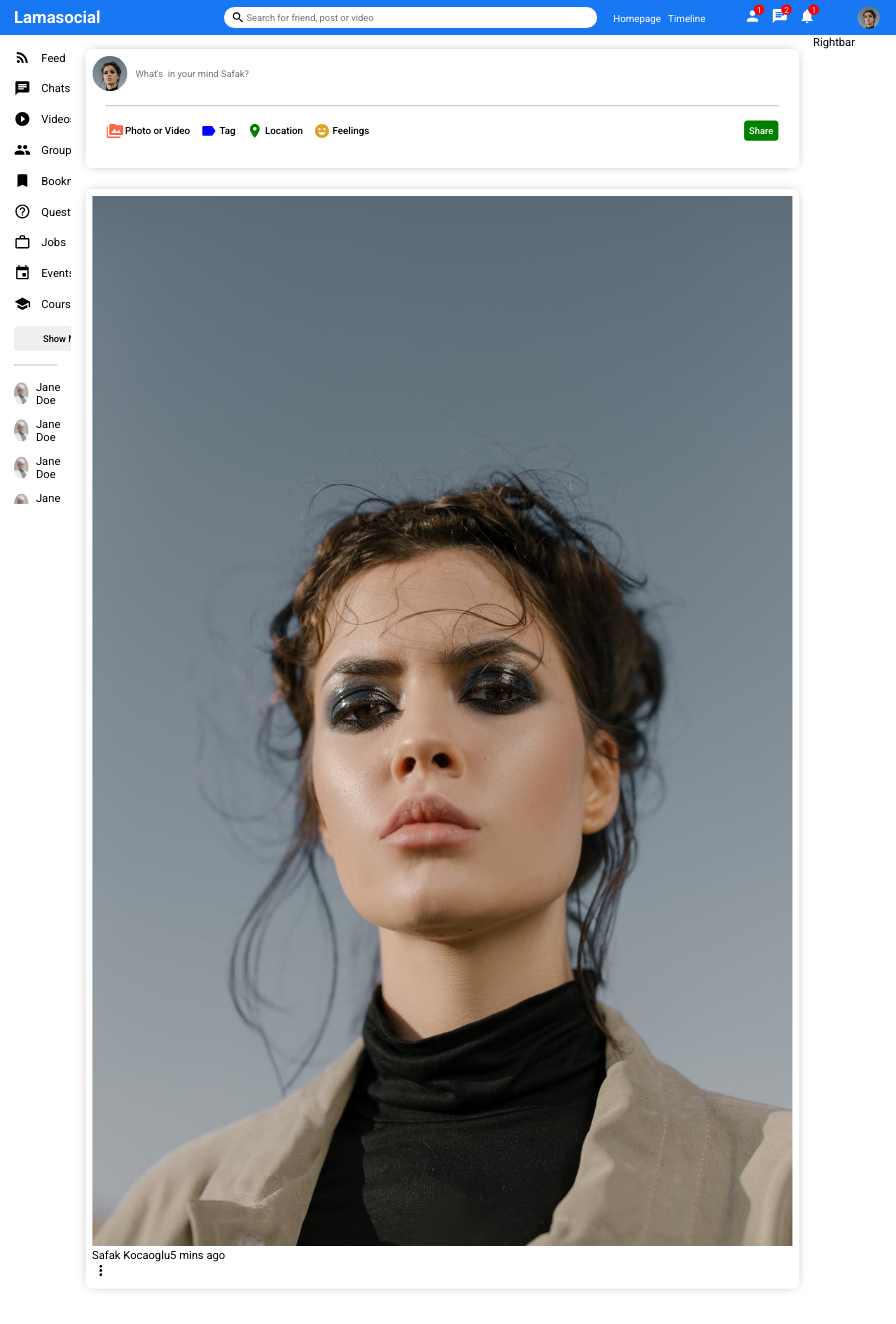
Repository: nazlinres01/react-social
Page: / (app in client/)
The author's editor kept a copy of each file at every save. The page is drawn from the files as they stood at one save, then again after the next save.
The browser window is 1280 px wide. The pictures show the whole page, at 70% of full size.
The project was rebuilt for these pictures with package versions that can differ from the ones it lists, and the page was loaded fresh each time.

Above is the page before, as saved 2024-06-12 15:13:02.

### client/public/index.html
<!DOCTYPE html>
<html lang="en">

<head>
  <meta charset="utf-8" />
  <meta name="viewport" content="width=device-width, initial-scale=1" />
  <meta name="description" content="Web site created using create-react-app" />
  <link
    href="https://fonts.googleapis.com/css2?family=Roboto:ital,wght@0,100;0,300;0,400;0,500;0,700;0,900;1,100;1,300;1,400;1,500;1,700;1,900&display=swap"
    rel="stylesheet">
    <link rel="stylesheet" href="style.css">
  <title>Social App</title>
</head>

<body>
  <noscript>You need to enable JavaScript to run this app.</noscript>
  <div id="root"></div>
</body>

</html>

### client/src/App.js
import Home from "./pages/home/Home";

function App() {
  return <Home />
}

export default App;

### client/src/pages/home/Home.jsx
import Feed from "../../components/feed/Feed";
import Rightbar from "../../components/rightbar/Rightbar";
import Sidebar from "../../components/sidebar/Sidebar";
import Topbar from "../../components/topbar/Topbar";
import "./home.css"

export default function Home() {
    return (
        <>
            <Topbar />
            <div className="homeContainer">
                <Sidebar />
                <Feed />
                <Rightbar />

            </div>

        </>
    );
}

### client/src/components/feed/Feed.jsx
import Post from "../post/Post"
import Share from "../share/Share"
import "./feed.css"

export default function Feed() {
    return (
        <div className="feed">
            <div className="feedWrapper">
                <Share />
                <Post />

            </div>
        </div>
    )
}

### client/src/components/rightbar/Rightbar.jsx
import "./rightbar.css"

export default function Rightbar() {
    return (
        <div className="rightbar">
            Rightbar</div>
    )
}

### client/src/components/sidebar/Sidebar.jsx
import "./sidebar.css"
import { Bookmark, Chat, Event, Group, HelpOutline, PlayCircleFilledOutlined, RssFeed, School, WorkOutline } from "@material-ui/icons"

export default function Sidebar() {
    return (
        <div className="sidebar">
            <div className="sidebarWrapper">
                <ul className="sidebarList">
                    <li className="sidebarListItem">
                        <RssFeed className="sidebarIcon" />
                        <span className="sidebarListItemText">Feed</span>
                    </li>
                    <li className="sidebarListItem">
                        <Chat className="sidebarIcon" />
                        <span className="sidebarListItemText">Chats</span>
                    </li>
                    <li className="sidebarListItem">
                        <PlayCircleFilledOutlined className="sidebarIcon" />
                        <span className="sidebarListItemText">Videos</span>
                    </li>
                    <li className="sidebarListItem">
                        <Group className="sidebarIcon" />
                        <span className="sidebarListItemText">Groups</span>
                    </li>
                    <li className="sidebarListItem">
                        <Bookmark className="sidebarIcon" />
                        <span className="sidebarListItemText">Bookmarks</span>
                    </li>
                    <li className="sidebarListItem">
                        <HelpOutline className="sidebarIcon" />
                        <span className="sidebarListItemText">Questions</span>
                    </li>
                    <li className="sidebarListItem">
                        <WorkOutline className="sidebarIcon" />
                        <span className="sidebarListItemText">Jobs</span>
                    </li>
                    <li className="sidebarListItem">
                        <Event className="sidebarIcon" />
                        <span className="sidebarListItemText">Events</span>
                    </li>
                    <li className="sidebarListItem">
                        <School className="sidebarIcon" />
                        <span className="sidebarListItemText">Courses</span>
                    </li>
                </ul>
                <button className="sidebarButton">Show More</button>
                <hr className="sidebarHr" />
                <ul className="sidebarFriendList">
                    <li className="sidebarFriend">
                        <img className="sidebarFriendImg" src="/assets/person/2.jpeg" alt="" />
                        <span className="sidebarFriendName">Jane Doe</span>
                    </li>
                    <li className="sidebarFriend">
                        <img className="sidebarFriendImg" src="/assets/person/2.jpeg" alt="" />
                        <span className="sidebarFriendName">Jane Doe</span>
                    </li>
                    <li className="sidebarFriend">
                        <img className="sidebarFriendImg" src="/assets/person/2.jpeg" alt="" />
                        <span className="sidebarFriendName">Jane Doe</span>
                    </li>
                    <li className="sidebarFriend">
                        <img className="sidebarFriendImg" src="/assets/person/2.jpeg" alt="" />
                        <span className="sidebarFriendName">Jane Doe</span>
                    </li>
                    <li className="sidebarFriend">
                        <img className="sidebarFriendImg" src="/assets/person/2.jpeg" alt="" />
                        <span className="sidebarFriendName">Jane Doe</span>
                    </li>
                    <li className="sidebarFriend">
                        <img className="sidebarFriendImg" src="/assets/person/2.jpeg" alt="" />
                        <span className="sidebarFriendName">Jane Doe</span>
                    </li>
                    <li className="sidebarFriend">
                        <img className="sidebarFriendImg" src="/assets/person/2.jpeg" alt="" />
                        <span className="sidebarFriendName">Jane Doe</span>
                    </li>
                    <li className="sidebarFriend">
                        <img className="sidebarFriendImg" src="/assets/person/2.jpeg" alt="" />
                        <span className="sidebarFriendName">Jane Doe</span>
                    </li>
                    <li className="sidebarFriend">
                        <img className="sidebarFriendImg" src="/assets/person/2.jpeg" alt="" />
                        <span className="sidebarFriendName">Jane Doe</span>
                    </li>
                    <li className="sidebarFriend">
                        <img className="sidebarFriendImg" src="/assets/person/2.jpeg" alt="" />
                        <span className="sidebarFriendName">Jane Doe</span>
                    </li>
                    <li className="sidebarFriend">
                        <img className="sidebarFriendImg" src="/assets/person/2.jpeg" alt="" />
                        <span className="sidebarFriendName">Jane Doe</span>
                    </li>
                    <li className="sidebarFriend">
                        <img className="sidebarFriendImg" src="/assets/person/2.jpeg" alt="" />
                        <span className="sidebarFriendName">Jane Doe</span>
                    </li>
                    <li className="sidebarFriend">
                        <img className="sidebarFriendImg" src="/assets/person/2.jpeg" alt="" />
                        <span className="sidebarFriendName">Jane Doe</span>
                    </li>
                </ul>
            </div>
        </div>
    )
}

### client/src/components/topbar/Topbar.jsx
import "./topbar.css"
import { Search, Person, Chat, Notifications } from "@material-ui/icons"

export default function Topbar() {
  return (
    <div className="topbarContainer">
      <div className="topbarLeft">
        <span className="logo">Lamasocial</span>
      </div>
      <div className="topbarCenter">
        <div className="searchbar">
          <Search className="searchIcon" />
          <input placeholder="Search for friend, post or video" className="searchInput" />
        </div>
      </div>
      <div className="topbarRight">
        <div className="topbarLinks">
          <span className="topbarLink">Homepage</span>
          <span className="topbarLink">Timeline</span>
        </div>
        <div className="topbarIcons">
          <div className="topbarIconItem">
            <Person />
            <span className="topbarIconBadge">1</span>
          </div>
          <div className="topbarIconItem">
            <Chat />
            <span className="topbarIconBadge">2</span>
          </div>
          <div className="topbarIconItem">
            <Notifications />
            <span className="topbarIconBadge">1</span>
          </div>
        </div>
        <img src="/assets/person/1.jpeg" alt="" className="topbarImg" />
      </div>

    </div>
  )
}

### client/src/components/post/Post.jsx
import { MoreVert } from "@material-ui/icons"
import "./post.css"

export default function Post() {
    return (
        <div className="post">
            <div className="postWrapper">
                <div className="postTop">
                    <div className="postTopLeft">
                        <img src="/assets/person/1.jpeg" alt="" className="postProfileImg" />
                        <span className="postUsername">Safak Kocaoglu</span>
                        <span className="postDate">5 mins ago</span>

                    </div>
                    <div className="postTopRight">
                        <MoreVert/>
                    </div>

                </div>
                <div className="postCenter"></div>
                <div className="postBottom"></div>

            </div>

        </div>
    )
}

### client/src/components/share/Share.jsx
import "./share.css";
import { PermMedia, Label, Room, EmojiEmotions } from "@material-ui/icons";

export default function Share() {
    return (
        <div className="share">
            <div className="shareWrapper">
                <div className="shareTop">
                    <img src="/assets/person/1.jpeg" alt="" className="shareProfileImg" />
                    <input placeholder="What's  in your mind Safak?" className="shareInput" />
                </div>
                <hr className="shareHr" />
                <div className="shareBottom">
                    <div className="shareOptions">
                        <div className="shareOption">
                            <PermMedia htmlColor="tomato" className="shareIcon" />
                            <span className="shareOptionText">Photo or Video</span>
                        </div>
                        <div className="shareOption">
                            <Label htmlColor="blue" className="shareIcon" />
                            <span className="shareOptionText">Tag</span>
                        </div>
                        <div className="shareOption">
                            <Room htmlColor="green" className="shareIcon" />
                            <span className="shareOptionText">Location</span>
                        </div>
                        <div className="shareOption">
                            <EmojiEmotions htmlColor="goldenrod" className="shareIcon" />
                            <span className="shareOptionText">Feelings</span>
                        </div>
                    </div>
                    <button className="shareButton">Share</button>
                </div>
            </div>
        </div>
    )
}

### client/src/components/rightbar/rightbar.css
.rightbar {
    flex: 3.5;
}

### client/src/components/sidebar/sidebar.css
.sidebar {
    flex: 3;
    height: calc(100vh - 50px);
    overflow-y: scroll;
}

::-webkit-scrollbar {
    width: 5px;
}

::-webkit-scrolbar-track {
    background-color: #f1f1f1;
}

::-webkit-scrollbar-thumb {
    background-color: rgb(179, 179, 179);
}

.sidebarWrapper {
    padding: 20px;
}

.sidebarList {
    padding: 0;
    margin: 0;
    list-style: none;
}

.sidebarListItem {
    display: flex;
    align-items: center;
    margin-bottom: 20px;
}

.sidebarIcon {
    margin-right: 15px;
}

.sidebarButton {
    width: 150px;
    border: none;
    padding: 10px;
    border-radius: 5px;
    font-weight: 500;
}

.sidebarHr {
    margin: 20px 0;
}

.sidebarFriendList {
    padding: 0;
    margin: 0;
    list-style: none;
}

.sidebarFriend {
    display: flex;
    align-items: center;
    margin-bottom: 15px;
}

.sidebarFriendImg {
    width: 32px;
    height: 32px;
    border-radius: 50%;
    object-fit: cover;
    margin-right: 10px;
}

### client/src/components/topbar/topbar.css
.topbarContainer {
    height: 50px;
    width: 100%;
    background-color: #1877f2;
    display: flex;
    align-items: center;
    position: sticky;
    top: 0;
}

.topbarLeft {
    flex: 3;
}

.logo {
    font-size: 24px;
    margin-left: 20px;
    font-weight: bold;
    color: white;
    cursor: pointer;
}

.topbarCenter {
    flex: 5;
}

.searchbar {
    width: 100%;
    height: 30px;
    background-color: white;
    border-radius: 30px;
    display: flex;
    align-items: center;
}

.searchIcon {
    font-size: 20px !important;
    margin-left: 10px;
}

.searchInput {
    border: none;
    width: 70%;
}

.searchInput:focus {
    outline: none;
}

.topbarRight {
    flex: 4;
    display: flex;
    align-items: center;
    justify-content: space-around;
    color: white;
}

.topbarLink {
    margin-right: 10px;
    font-size: 14px;
    cursor: pointer;
}

.topbarIcons {
    display: flex;
}

.topbarIconItem {
    margin-right: 15px;
    cursor: pointer;
    position: relative;

}

.topbarIconBadge {
    width: 15px;
    height: 15px;
    background-color: red;
    border-radius: 50%;
    color: white;
    position: absolute;
    top: -5px;
    right: -5px;
    display: flex;
    align-items: center;
    justify-content: center;
    font-size: 12px;
}

.topbarImg {
    width: 32px;
    height: 32px;
    border-radius: 50%;
    object-fit: cover;
    cursor: pointer;
}

### client/src/components/post/post.css
.post {
    width: 100%;
    border-radius: 10px;
    -webkit-box-shdow: 0px 0px 16px -8px rgba(0, 0, 0, 0.68);
    box-shadow: 0px 0px 16px -8px rgba(0, 0, 0, 0.68);
    margin: 30px 0;
}

.postWrapper {
    padding: 10px;
}

### client/src/components/share/share.css
.share {
    width: 100%;
    height: 170px;
    border-radius: 10px;
    -webkit-box-shdow: 0px 0px 16px -8px rgba(0, 0, 0, 0.68);
    box-shadow: 0px 0px 16px -8px rgba(0, 0, 0, 0.68);
}

.shareWrapper {
    padding: 10px;
}

.shareTop {
    display: flex;
    align-items: center;
}

.shareProfileImg {
    width: 50px;
    height: 50px;
    border-radius: 50%;
    object-fit: cover;
    margin-right: 10px;
}

.shareInput {
    border: none;
    width: 80%;
}

.shareInput:focus {
    outline: none;
}

.shareHr {
    margin: 20px;
}

.shareBottom {
    display: flex;
    align-items: center;
    justify-content: space-between;
}

.shareOptions {
    display: flex;
    margin-left: 20px;
}

.shareOption {
    display: flex;
    align-items: center;
    margin-right: 15px;
    cursor: pointer;
}

.shareIcon {
    font-size: 18px;
    margin-right: 3px
}

.shareOptionText {
    font-size: 14px;
    font-weight: 500;
}

.shareButton {
    border: none;
    padding: 7px;
    border-radius: 5px;
    background-color: green;
    font-weight: 500;
    margin-right: 20px;
    cursor: pointer;
    color: white;
}

Loaded but not shown: client/src/index.js (common file); client/src/pages/home/home.css (common file); client/src/components/feed/feed.css (common file); client/public/style.css (common file)

After the next save:
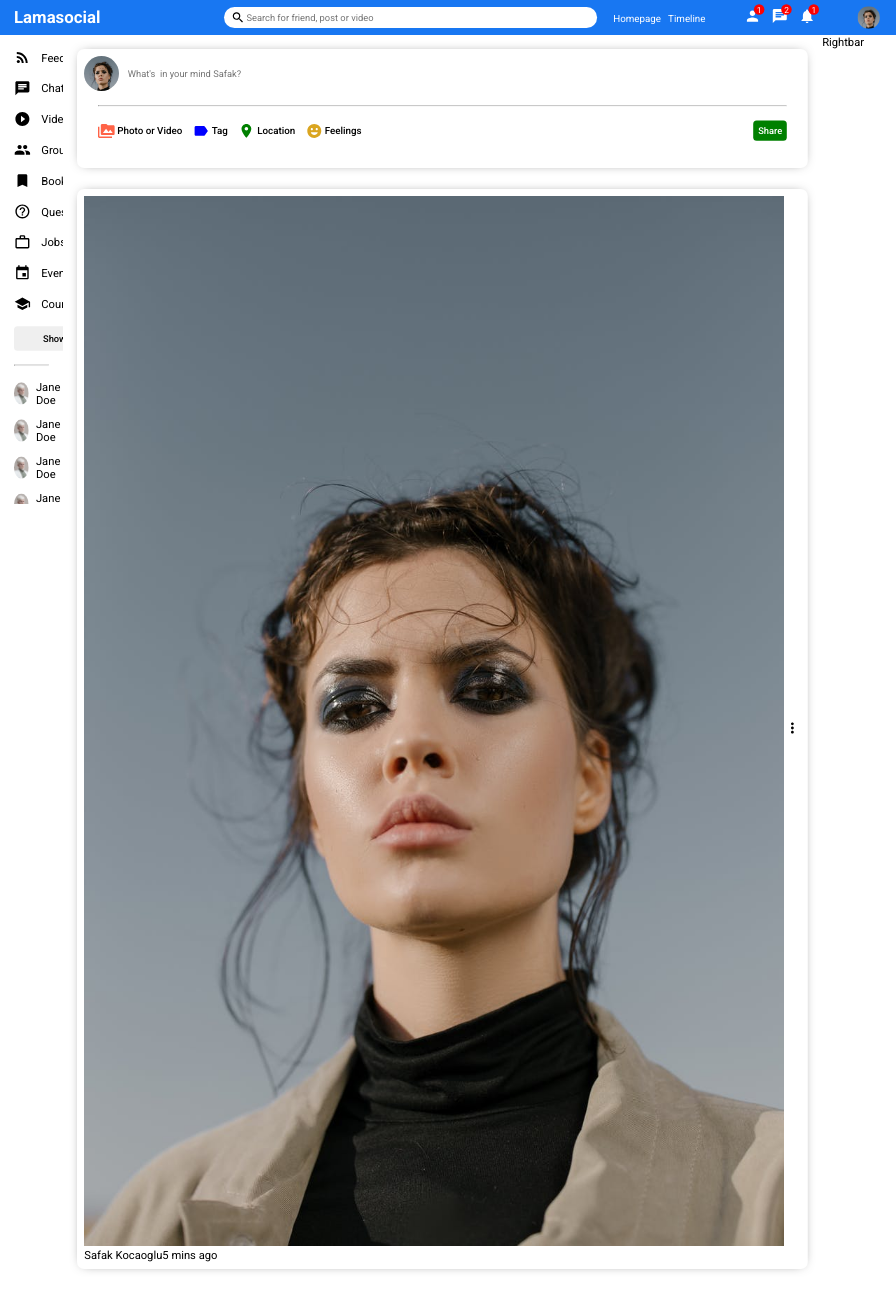
Saved 47 s later.
--- a/client/src/components/post/post.css
+++ b/client/src/components/post/post.css
@@ -9,3 +9,9 @@
 .postWrapper {
     padding: 10px;
 }
+
+.postTop {
+    display: flex;
+    align-items: center;
+    justify-content: space-between;
+}
